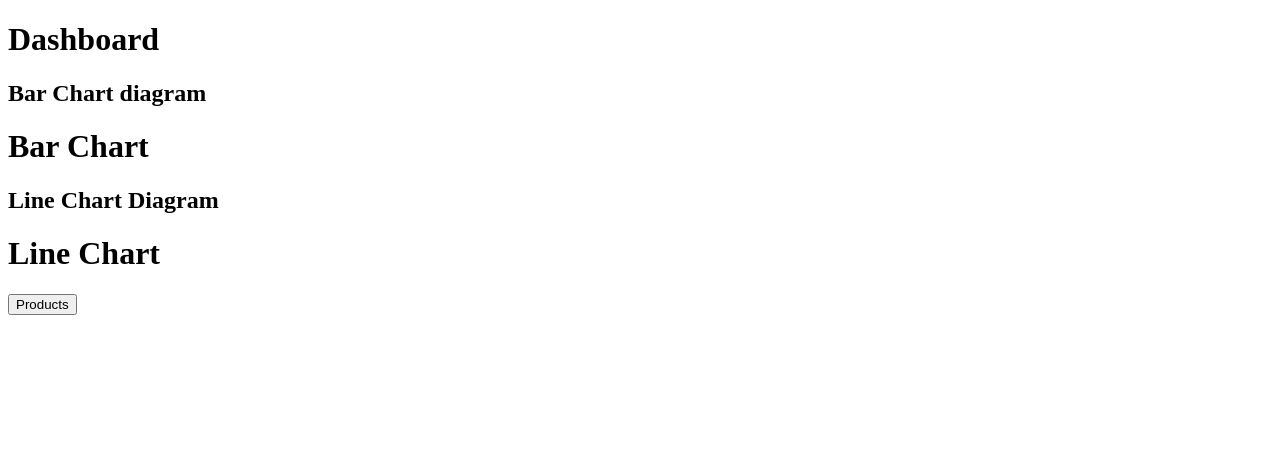
Repository: Mbote-Joseph/Nextjs-Learning
Page: /dashboard
An editor plug-in stored every save of this project. The page is shown before and after the next save, followed by the edit.
The browser window is 1280 px wide. The pictures show the whole page.
The project was rebuilt for these pictures with package versions that can differ from the ones it lists, and the page was loaded fresh each time. The framework's server and built-in components were replaced by stand-ins that run in the browser. Also part of the build but not shown: next.config.mjs.

Above is the page before, as saved 2024-09-15 08:36:10.

### src/app/layout.tsx
export const metadata = {
  title: 'Learning Next.js',
  description: 'Generated by Next.js',
}

export default function RootLayout({
  children,
}: {
  children: React.ReactNode
}) {
  return (
    <html lang="en">
      <body>{children}</body>
    </html>
  )
}

### src/app/dashboard/page.tsx
'use client'

import { useRouter } from 'next/navigation';


import LineChart from './line-chart';


function BarChart(){
    return <h1>Bar Chart</h1>;
}


export default function Dashboard(){
    const router = useRouter();
    return (
        <>
        <h1>Dashboard</h1>
        <h2>Bar Chart diagram</h2>
       { BarChart()}

        <h2>Line Chart Diagram</h2>
        {LineChart()}


        <button type='button' onClick={()=>router.push('/products')}>Products</button>
        </>
    )
}

### src/app/dashboard/line-chart.tsx
export default function LineChart(){
    return <h1>Line Chart</h1>
}

After the next save:
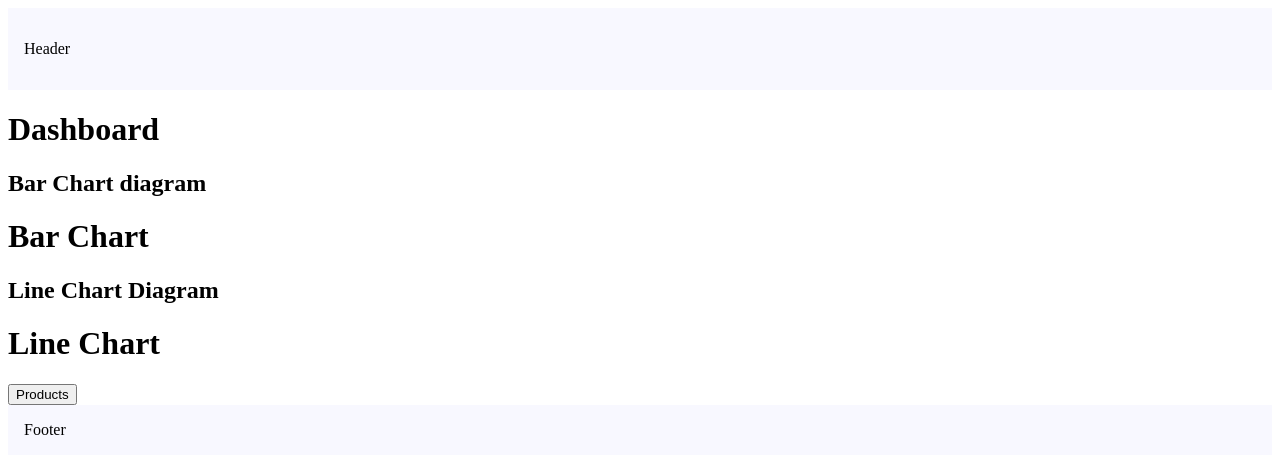
Saved 6 h 57 min later.
--- a/src/app/layout.tsx
+++ b/src/app/layout.tsx
@@ -10,7 +10,22 @@ export default function RootLayout({
 }) {
   return (
     <html lang="en">
-      <body>{children}</body>
+      <body>
+        <header style={{
+          backgroundColor: "ghostwhite",
+          padding: "1rem",
+        }}>
+          <p>Header</p>
+        </header>
+        {children}
+
+        <footer style={{
+          backgroundColor: "ghostwhite",
+          padding: "1rem",
+        }}>
+          Footer
+        </footer>
+        </body>
     </html>
   )
 }
